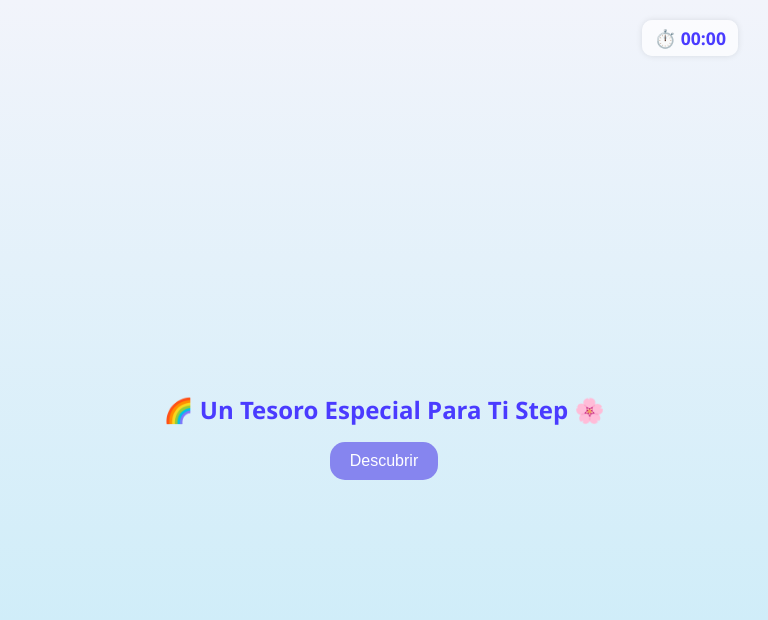
Repository: FernandoPelaez/juego-step
Page: index.html
These files come from the project's save history. The page is drawn as it stood at one moment and after the next save; the edit follows.
The browser window is 768 px wide. The pictures show the whole page.
Some web libraries are served in a nearby version.

Above is the page before, as saved 2025-05-13 23:50:18.

### index.html
<!DOCTYPE html>
<html lang="es">
<head>
  <meta charset="UTF-8" />
  <meta name="viewport" content="width=device-width, initial-scale=1.0" />
  <title>Un Tesoro Especial Para Step</title>
  <link rel="stylesheet" href="style.css" />
</head>
<body>

  <div class="reloj" id="reloj">⏱️ 00:00</div>
  <p id="mensajeTiempo" class="mensaje-tiempo"></p>

  <div class="pantalla-inicial">
    <h1>🌈 <span>Un Tesoro Especial Para Ti Step</span> 🌸</h1>
    <button id="btnComenzar">Descubrir</button>
  </div>

  <div class="juego" id="juego" style="display:none;">
    <h2>Encuentra los pares mágicos ✨</h2>

    <div class="zona-juego">
      <p id="mensajeAcierto" class="mensaje-acierto"></p>
      <div id="tablero" class="tablero"></div>
    </div>

    <button id="btnReiniciar">Reiniciar</button>
  </div>

  <div id="mensajeFinal" class="mensaje-final" style="display:none;">
    <h2>🔓 ¡Tesoro desbloqueado! 🌟</h2>
    <p id="tiempoFinal"></p>
    <button id="btnVolverAJugar">Volver a jugar</button>
  </div>

  <script src="https://cdn.jsdelivr.net/npm/canvas-confetti@1.6.0/dist/confetti.browser.min.js"></script>
  <script src="script.js"></script>
</body>
</html>

### style.css
html, body {
  height: 100%;
  margin: 0;
  padding: 0;
  overflow: hidden;
  font-family: 'Segoe UI', Tahoma, Geneva, Verdana, sans-serif;
  background: linear-gradient(to bottom, #f2f4fb, #c6ebf8);
  display: flex;
  flex-direction: column;
  align-items: center;
  justify-content: center;
  color: #3f3d56;
  text-align: center;
}

.pantalla-inicial,
.mensaje-final {
  margin-top: 50px;
}

.juego {
  margin-top: 20px;
  display: flex;
  flex-direction: column;
  align-items: center;
}

h1 {
  font-size: 2rem;
  color: #4a3bff;
}

h1 span {
  font-weight: bold;
}

h2 {
  font-size: 1.5rem;
  margin-bottom: 20px;
}

button {
  padding: 12px 24px;
  font-size: 1.1rem;
  background-color: #8685ef;
  color: white;
  border: none;
  border-radius: 15px;
  cursor: pointer;
  transition: background-color 0.3s ease;
}

button:hover {
  background-color: #6b69e9;
}

.tablero {
  display: grid;
  grid-template-columns: repeat(4, 70px);
  gap: 15px;
  justify-content: center;
  margin-bottom: 25px;
}

.carta {
  width: 70px;
  height: 70px;
  background-color: white;
  border: 2px solid #b5b7f3;
  border-radius: 12px;
  display: flex;
  align-items: center;
  justify-content: center;
  font-size: 1.8rem;
  cursor: pointer;
  user-select: none;
  transition: transform 0.2s;
}

.carta:hover {
  transform: scale(1.05);
}

.carta.acertada {
  background-color: #c8f7c5;
  border-color: #a3e6a1;
  cursor: default;
}

.mensaje-acierto {
  font-size: 1.1rem;
  color: #4a3bff;
  margin-top: 10px;
  min-height: 1.5rem;
  transition: opacity 0.3s ease;
}

.mensaje-final {
  font-size: 2rem;
  font-weight: bold;
  color: #4a3bff;
}

.mensaje-final button {
  margin-top: 20px;
}

.reloj {
  position: absolute;
  top: 20px;
  right: 30px;
  font-size: 1.1rem;
  font-weight: bold;
  color: #4a3bff;
  background-color: rgba(255, 255, 255, 0.7);
  padding: 6px 12px;
  border-radius: 10px;
  box-shadow: 0 0 6px rgba(0, 0, 0, 0.1);
}

#btnReiniciar {
  margin-top: 15px;
  display: inline-block;
  align-self: center;
}

.mensaje-tiempo {
  color: #ff4d6d;
  font-weight: bold;
  margin-top: 10px;
  font-size: 1.1rem;
  animation: aparecer 0.5s ease-in-out;
}

@keyframes aparecer {
  from {
    opacity: 0;
    transform: translateY(-5px);
  }
  to {
    opacity: 1;
    transform: translateY(0);
  }
}

@media (max-width: 768px) {
  h1 {
    font-size: 1.5rem;
    padding: 0 10px;
  }

  h2 {
    font-size: 1.2rem;
    padding: 0 10px;
  }

  .tablero {
    grid-template-columns: repeat(4, 60px);
    gap: 12px;
  }

  .carta {
    width: 60px;
    height: 60px;
    font-size: 1.5rem;
  }

  button {
    padding: 10px 20px;
    font-size: 1rem;
  }

  .pantalla-inicial,
  .juego,
  .mensaje-final {
    margin-top: 30px;
    padding: 0 10px;
  }

  .mensaje-acierto {
    font-size: 1rem;
    min-height: 1.2rem;
  }

  .mensaje-final {
    font-size: 1.5rem;
  }
}

### script.js
const tablero = document.getElementById("tablero");
const btnComenzar = document.getElementById("btnComenzar");
const juego = document.getElementById("juego");
const pantallaInicial = document.querySelector(".pantalla-inicial");
const mensajeFinal = document.getElementById("mensajeFinal");
const mensajeAcierto = document.getElementById("mensajeAcierto");
const btnReiniciar = document.getElementById("btnReiniciar");
const btnVolverAJugar = document.getElementById("btnVolverAJugar");
const tiempoFinal = document.getElementById("tiempoFinal");
const mensajeTiempo = document.getElementById("mensajeTiempo");
const reloj = document.getElementById("reloj");

let segundos = 0;
let temporizador = null;
let cartas = [];
let seleccionadas = [];
let paresEncontrados = 0;

const sonidoVoltear = new Audio('sonido/voltear.mp3');

const todosLosEmojis = ["🌈", "🎀", "🍭", "🌸", "🧁", "🧸", "🦄", "💖", "🌟", "🍓", "🐥", "🐚", "🌷", "🍬"];
const mensajes = [
  "¡Lo lograste, Step! 🧠✨",
  "Eres más lista que el código que te hizo 😎",
  "¡Cada vez más cerca del tesoro! 💖",
  "¡Estás imparable, mi genia! 💪💘",
  "¡Wow! Tu memoria es de otro nivel 🧠💥",
  "¡Eres brillante! ✨ Como siempre lo has sido 🌟",
  "¡Qué talento, Step! 🪄💡",
  "¡Eres un rayo de genialidad! ⚡🌈",
  "¡Imposible no admirarte! 🐚🫧",
  "¡Así se juega con el corazón! 💓🎯",
  "¡Tus neuronas están de fiesta! 🧠🎉",
  "¡Eres la reina de los pares! 👑🧸",
  "¡Con cada clic demuestras magia! 🦄💫",
  "¡Increíble! No hay reto que no superes 💥🍭"
];

btnComenzar.addEventListener("click", iniciarJuego);
btnReiniciar.addEventListener("click", () => location.reload());
btnVolverAJugar?.addEventListener("click", () => location.reload());

function actualizarReloj() {
  const min = String(Math.floor(segundos / 60)).padStart(2, '0');
  const seg = String(segundos % 60).padStart(2, '0');
  reloj.textContent = `⏱️ ${min}:${seg}`;
}

function iniciarJuego() {
  pantallaInicial.style.display = "none";
  juego.style.display = "block";
  mensajeTiempo.textContent = "";
  mensajeAcierto.textContent = "";
  mensajeAcierto.style.display = "block";

  segundos = 0;
  actualizarReloj();

  temporizador = setInterval(() => {
    segundos++;
    actualizarReloj();

    if (segundos === 30) {
      mensajeTiempo.textContent = "Ánimos, no te me vayas a ondear 😅 ¡Yo sé que tú puedes!";
      setTimeout(() => {
        mensajeTiempo.textContent = "";
      }, 5000);
    }
  }, 1000);

  const emojisSeleccionados = todosLosEmojis.slice(0, 8);
  const cartasDobles = [...emojisSeleccionados, ...emojisSeleccionados];
  cartasDobles.sort(() => Math.random() - 0.5);

  cartasDobles.forEach((emoji, index) => {
    const carta = document.createElement("div");
    carta.classList.add("carta");
    carta.dataset.valor = emoji;
    carta.dataset.index = index;
    carta.textContent = "❌";
    carta.addEventListener("click", manejarSeleccion);
    tablero.appendChild(carta);
    cartas.push(carta);
  });
}

function manejarSeleccion(e) {
  const carta = e.target;

  if (
    seleccionadas.length < 2 &&
    !carta.classList.contains("acertada") &&
    !seleccionadas.includes(carta)
  ) {
    sonidoVoltear.play();
    carta.textContent = carta.dataset.valor;
    seleccionadas.push(carta);

    if (seleccionadas.length === 2) {
      const [carta1, carta2] = seleccionadas;
      if (carta1.dataset.valor === carta2.dataset.valor) {
        carta1.classList.add("acertada");
        carta2.classList.add("acertada");
        seleccionadas = [];
        paresEncontrados++;

        // Mostrar mensaje positivo aleatorio
        mensajeAcierto.textContent = mensajes[Math.floor(Math.random() * mensajes.length)];
        mensajeAcierto.style.display = "block";

        if (paresEncontrados === 8) {
          clearInterval(temporizador);
          const min = String(Math.floor(segundos / 60)).padStart(2, '0');
          const seg = String(segundos % 60).padStart(2, '0');
          tiempoFinal.textContent = `⏱️ Lo hiciste en ${min}:${seg} minutos`;
          setTimeout(() => {
            juego.style.display = "none";
            mensajeFinal.style.display = "block";
            lanzarConfeti();
          }, 1000);
        }
      } else {
        setTimeout(() => {
          carta1.textContent = "❌";
          carta2.textContent = "❌";
          seleccionadas = [];
          mensajeAcierto.textContent = "";
          mensajeAcierto.style.display = "none";
        }, 800);
      }
    }
  }
}

function lanzarConfeti() {
  confetti({
    particleCount: 150,
    spread: 100,
    origin: { y: 0.6 }
  });
}

After the next save:
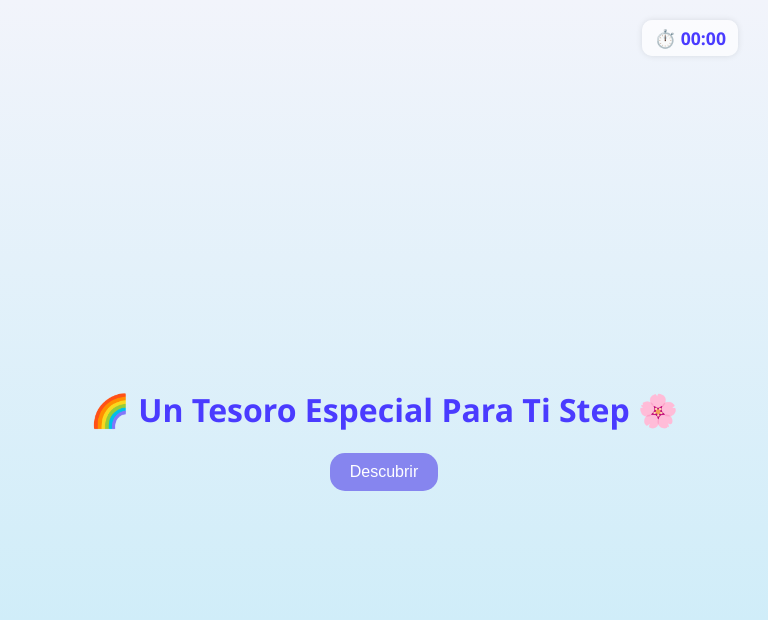
Saved 23 s later.
--- a/style.css
+++ b/style.css
@@ -1,20 +1,18 @@
-html, body {
-  height: 100%;
+body {
   margin: 0;
-  padding: 0;
-  overflow: hidden;
   font-family: 'Segoe UI', Tahoma, Geneva, Verdana, sans-serif;
   background: linear-gradient(to bottom, #f2f4fb, #c6ebf8);
   display: flex;
   flex-direction: column;
   align-items: center;
   justify-content: center;
+  min-height: 100vh;
   color: #3f3d56;
   text-align: center;
+  overflow: hidden;
 }
 
-.pantalla-inicial,
-.mensaje-final {
+.pantalla-inicial, .mensaje-final {
   margin-top: 50px;
 }
 
@@ -23,6 +21,13 @@ html, body {
   display: flex;
   flex-direction: column;
   align-items: center;
+}
+
+.zona-juego {
+  display: flex;
+  align-items: center;
+  justify-content: center;
+  gap: 30px;
 }
 
 h1 {
@@ -88,11 +93,12 @@ button:hover {
 }
 
 .mensaje-acierto {
+  width: 180px;
+  text-align: left;
   font-size: 1.1rem;
   color: #4a3bff;
-  margin-top: 10px;
   min-height: 1.5rem;
-  transition: opacity 0.3s ease;
+  animation: aparecer 0.5s ease-in-out;
 }
 
 .mensaje-final {
@@ -120,8 +126,6 @@ button:hover {
 
 #btnReiniciar {
   margin-top: 15px;
-  display: inline-block;
-  align-self: center;
 }
 
 .mensaje-tiempo {
@@ -133,25 +137,18 @@ button:hover {
 }
 
 @keyframes aparecer {
-  from {
-    opacity: 0;
-    transform: translateY(-5px);
-  }
-  to {
-    opacity: 1;
-    transform: translateY(0);
-  }
+  from { opacity: 0; transform: translateY(-5px); }
+  to { opacity: 1; transform: translateY(0); }
 }
 
 @media (max-width: 768px) {
-  h1 {
-    font-size: 1.5rem;
-    padding: 0 10px;
+  .zona-juego {
+    flex-direction: column;
   }
 
-  h2 {
-    font-size: 1.2rem;
-    padding: 0 10px;
+  .mensaje-acierto {
+    text-align: center;
+    width: auto;
   }
 
   .tablero {
@@ -170,16 +167,9 @@ button:hover {
     font-size: 1rem;
   }
 
-  .pantalla-inicial,
-  .juego,
-  .mensaje-final {
+  .pantalla-inicial, .juego, .mensaje-final {
     margin-top: 30px;
     padding: 0 10px;
-  }
-
-  .mensaje-acierto {
-    font-size: 1rem;
-    min-height: 1.2rem;
   }
 
   .mensaje-final {
